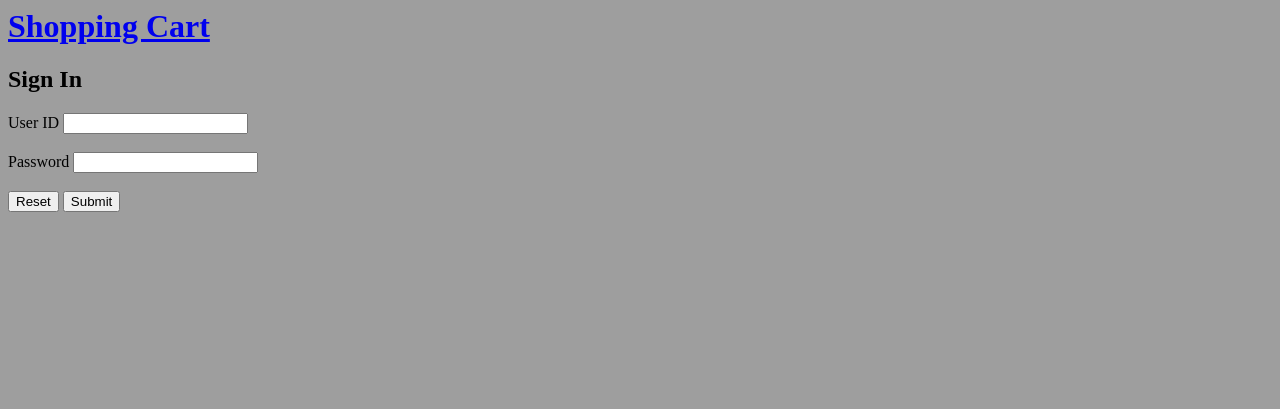
Repository: AravindMarshall/ShoppingCart
Page: http://localhost/Phineas/Login.jsp
The author's editor kept a copy of each file at every save. The page is drawn from the files as they stood at one save, then again after the next save.
The browser window is 1280 px wide. The pictures show the whole page.
The page is served by Tomcat 9. Other server files are loaded and not shown.

Above is the page before, as saved 2016-06-09 19:21:32.

### NIIT Shopping Cart/Phineas/WebContent/Login.jsp
<%@ page language="java" contentType="text/html; charset=ISO-8859-1"
    pageEncoding="ISO-8859-1"%>
<html>
<head>
<meta http-equiv="Content-Type" content="text/html; charset=ISO-8859-1">
<title>ShoppingCart Login</title>
</head>
<body>

<form role="form">
<div class="container">
<div class="jumbotron">
    <div class="navbar-header">
<body background="F:\Sample Car pictures\Background Car.jpg">
       <h1><a class="navbar-brand animate" href="home.jsp">Shopping Cart</a>
      </h1>
      </div>
    </div>

<div class= "Login">
<div class="container">
  <h2>Sign In </h2>
  <label for "Name">User ID</label>
<input type = "text" class="userId" Id = "Name"><br><br>
</div>
<div class= "Login">
<label for "Pass">Password</label>
<input type = "password" class="form-control" Id = "pass"><br><br>
</div>
<button type="Reset" class="btn btn-danger">Reset</button>
<button type="submit" class="btn btn-default">Submit</button>

</div>
</div>
</div>
</form>

</body>
</html>

After the next save:
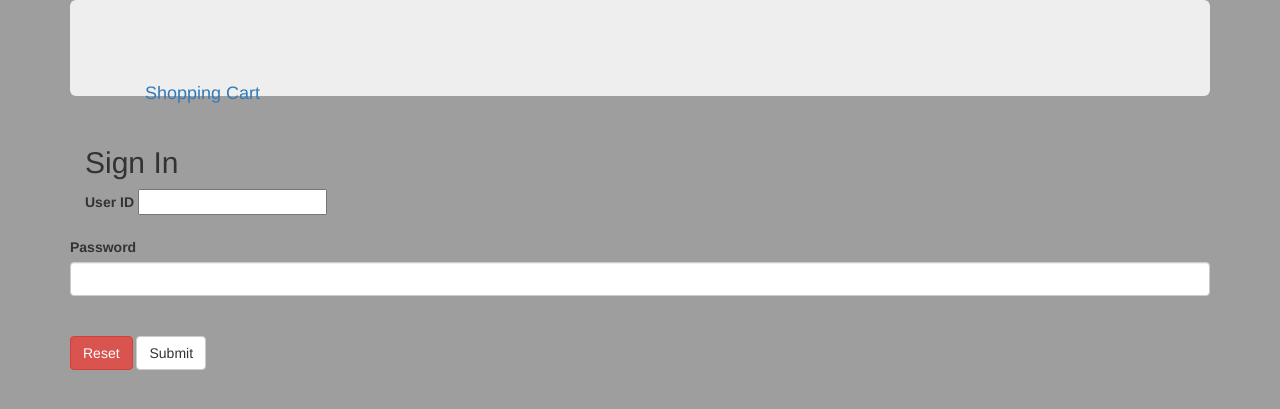
Saved 59 min 8 s later.
--- a/NIIT Shopping Cart/Phineas/WebContent/Login.jsp
+++ b/NIIT Shopping Cart/Phineas/WebContent/Login.jsp
@@ -3,6 +3,11 @@
 <html>
 <head>
 <meta http-equiv="Content-Type" content="text/html; charset=ISO-8859-1">
+<meta name="viewport" content="width=device-width, initial-scale=1">
+  <link rel="stylesheet" href="http://maxcdn.bootstrapcdn.com/bootstrap/3.3.6/css/bootstrap.min.css">
+  <script src="https://ajax.googleapis.com/ajax/libs/jquery/1.12.2/jquery.min.js"></script>
+  <script src="http://maxcdn.bootstrapcdn.com/bootstrap/3.3.6/js/bootstrap.min.js"></script>
+
 <title>ShoppingCart Login</title>
 </head>
 <body>
